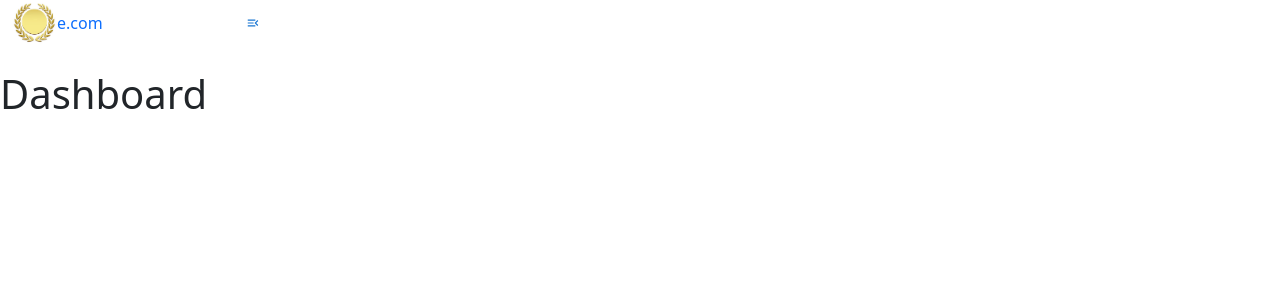
Repository: gautamsonam011/admin-react-dashboard
Page: /
The author's editor kept a copy of each file at every save. The page is drawn from the files as they stood at one save, then again after the next save.
The browser window is 1280 px wide. The pictures show the whole page.
The project was rebuilt for these pictures with package versions that can differ from the ones it lists, and the page was loaded fresh each time.

Above is the page before, as saved 2025-04-14 12:41:16.

After the next save:
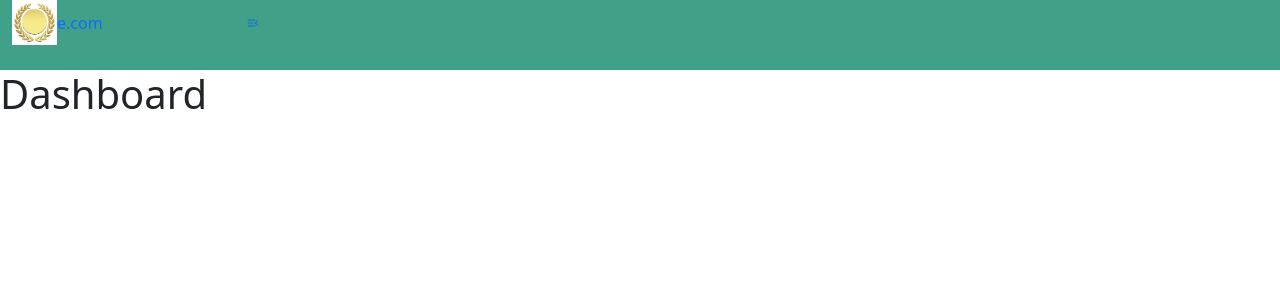
Saved 39 s later.
--- a/src/App.css
+++ b/src/App.css
@@ -9,7 +9,7 @@ body{
 header{
   width:100%;
   height: 70px;
-  background-color:#fff;
+  background-color:#40a088;
 }
 header .logo{
   text-decoration: none;
